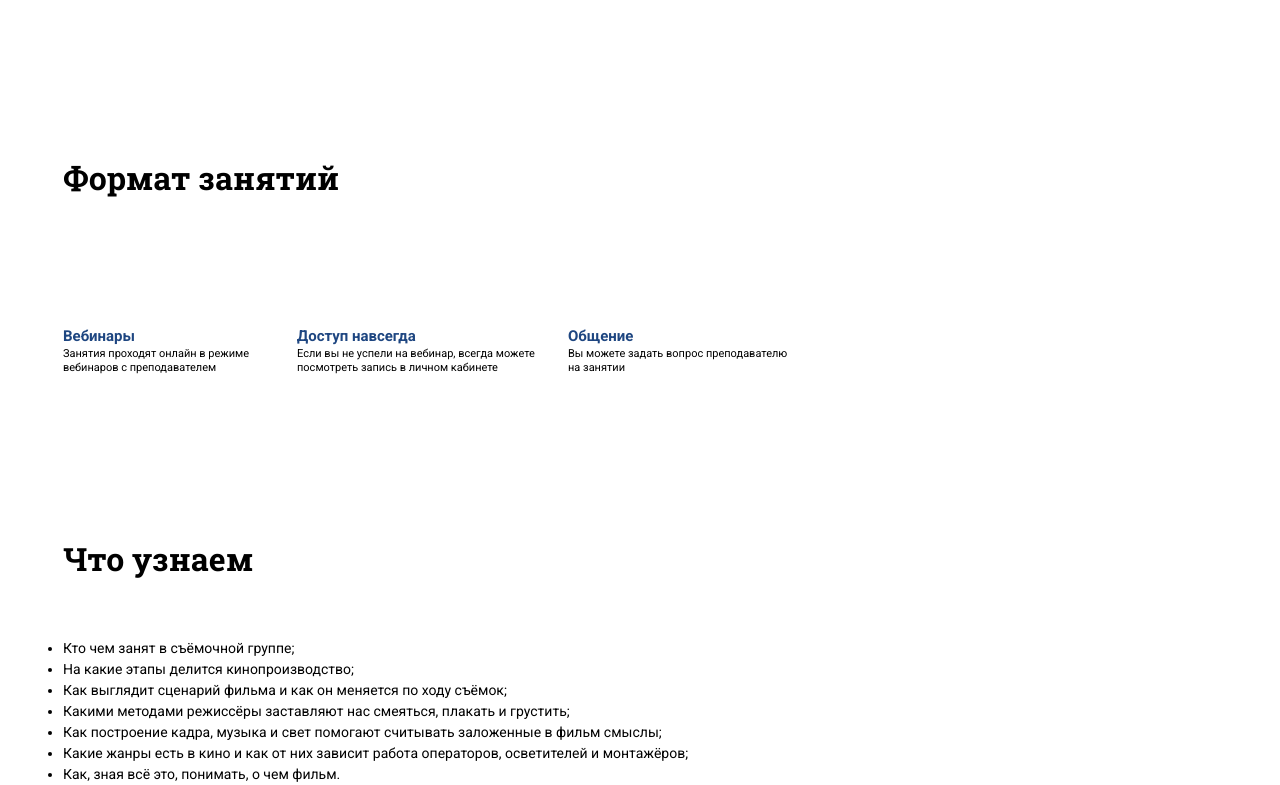
Repository: PoladEziz/Task-4
Page: index.html
An editor plug-in stored every save of this project. The page is shown before and after the next save, followed by the edit.
The browser window is 1280 px wide. The pictures show the whole page.

Above is the page before, as saved 2023-05-09 17:12:36.

After the next save:
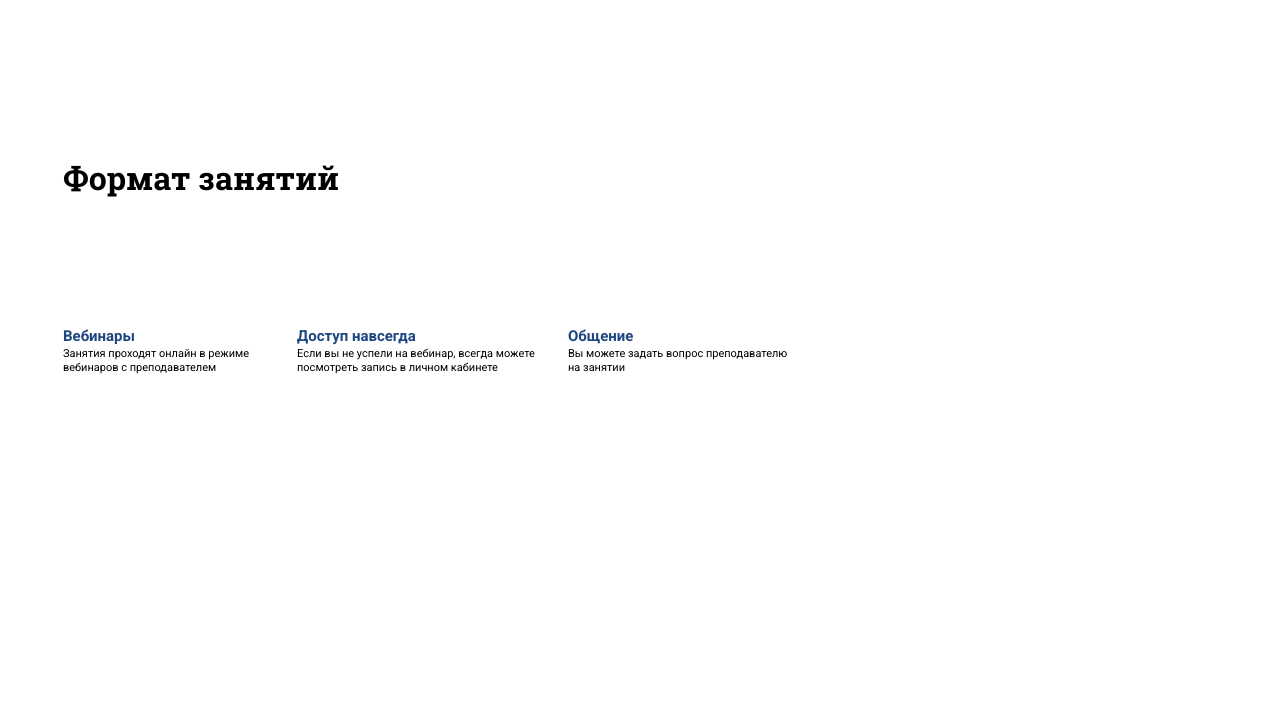
Saved 2 min 39 s later.
--- a/index.html
+++ b/index.html
@@ -39,7 +39,7 @@
             </div>
 
         </div>
-        <div class="page-2">
+        <!-- <div class="page-2">
             <h1>Что узнаем</h1>
             <ul>
                 <li>Кто чем занят в съёмочной группе; </li>
@@ -54,7 +54,7 @@
 
 
 
-        </div>
+        </div> -->
 
 
     </div>
